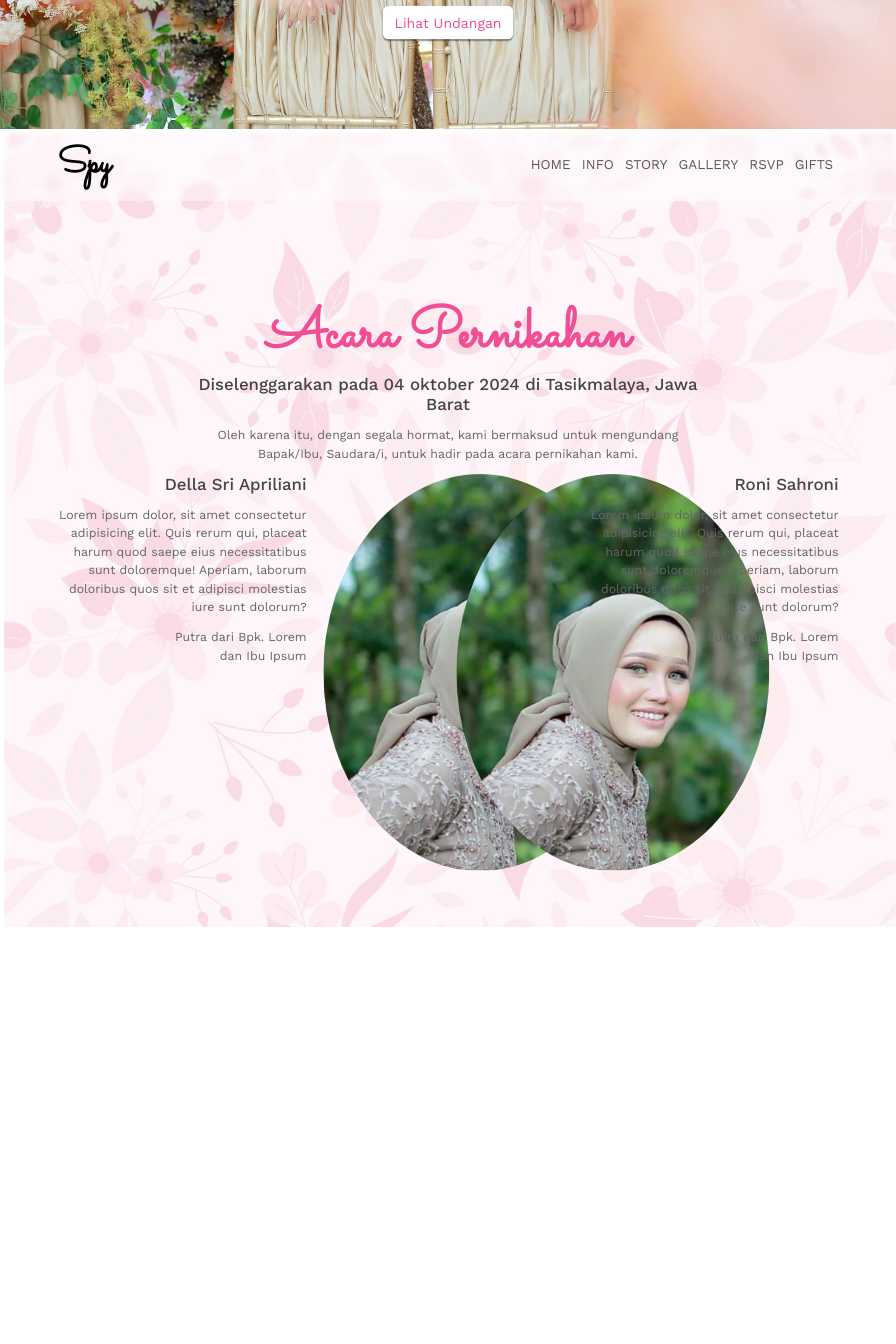
Repository: sellayspy/invitation
Page: index.html
An editor plug-in stored every save of this project. The page is shown before and after the next save, followed by the edit.
The browser window is 1280 px wide. The pictures show the part of the page from y = 536 to 2456 px (the page is 4000 px tall), at 70% of full size.

Above is the page before, as saved 2024-07-08 16:11:54.

After the next save:
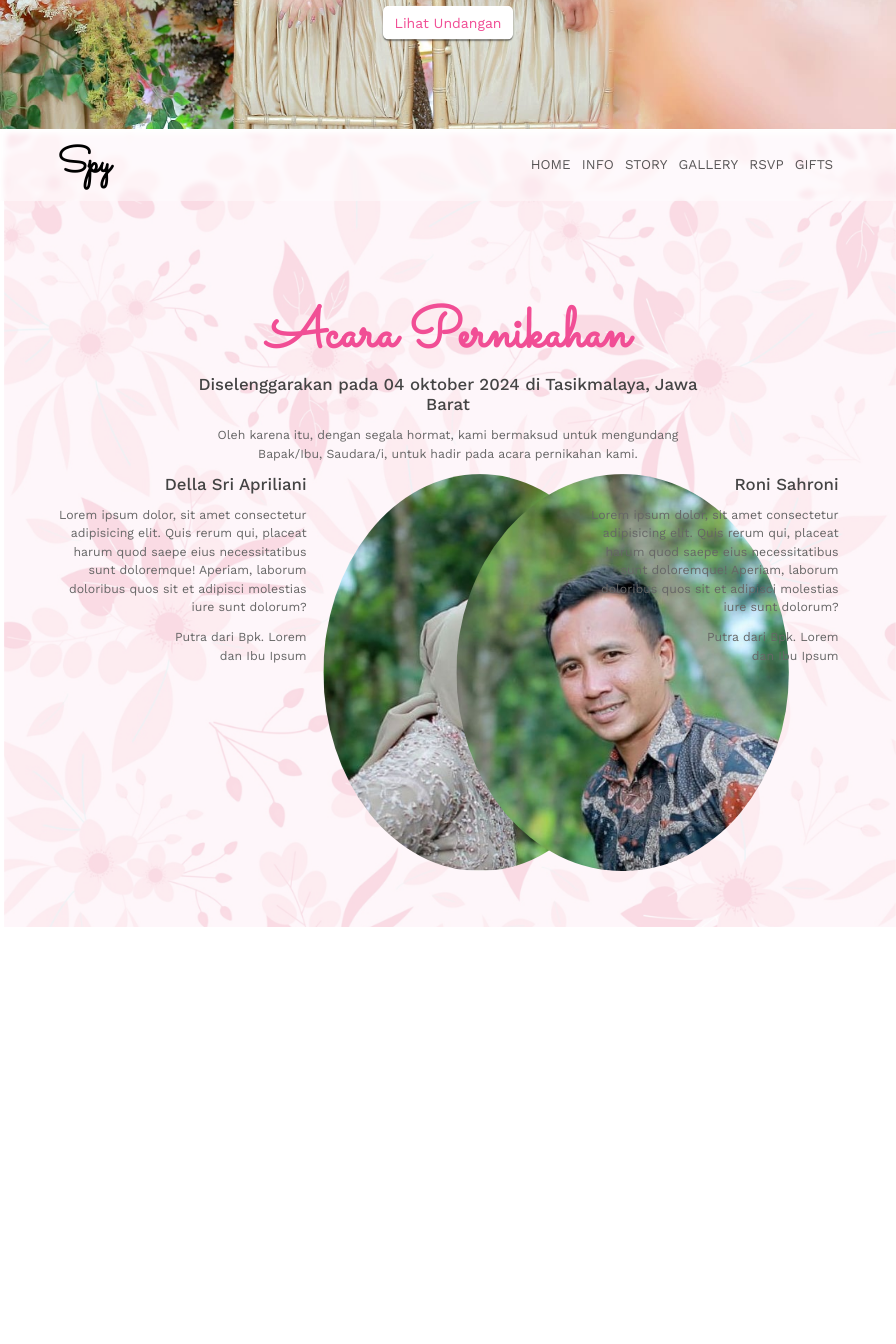
Saved 12 s later.
--- a/index.html
+++ b/index.html
@@ -125,7 +125,7 @@
             <div class="row">
               <div class="col-4">
                 <img
-                  src="img/Desain tanpa judul (2).jpg"
+                  src="img/Desain tanpa judul (1).jpg"
                   alt="Roni Sahroni"
                   class="img-responsive rounded-circle"
                 />
